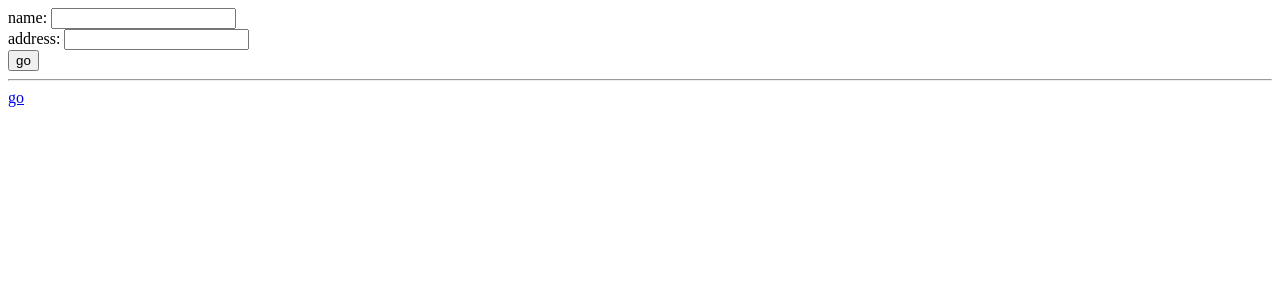
Repository: WonHwiAhn/JAVAClass
Page: 180130_GetParameterEx/WebContent/show.html
An editor plug-in stored every save of this project. The page is shown before and after the next save, followed by the edit.
The browser window is 1280 px wide. The pictures show the whole page.

Above is the page before, as saved 2018-01-30 05:27:45.

### 180130_GetParameterEx/WebContent/show.html
<!DOCTYPE html>
<html>
<head>
<meta charset="EUC-KR">
<title>Insert title here</title>
</head>
<body>
	<form action="test2" method="post">
		name: <input name="name">
		<br>
		address: <input name="address">
		<br>
		<input type="submit" value="go">
	</form>
	<hr>
	<a href="test2?name=하이&address=seoul">go</a>
</body>
</html>

After the next save:
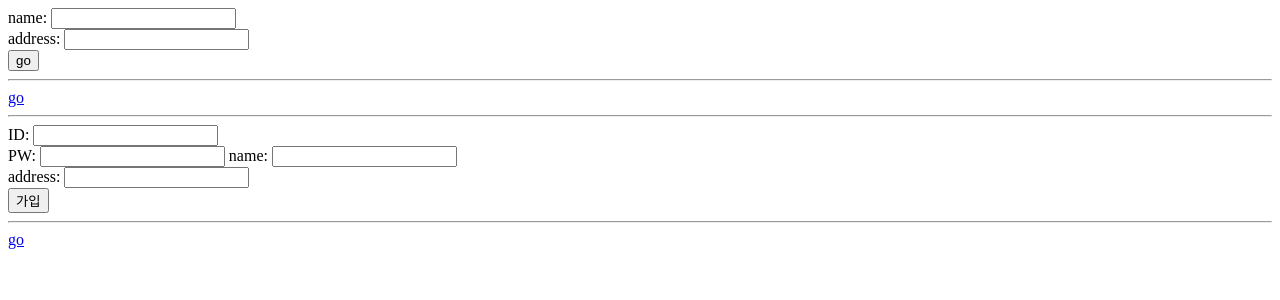
Saved 91 s later.
--- a/180130_GetParameterEx/WebContent/show.html
+++ b/180130_GetParameterEx/WebContent/show.html
@@ -14,5 +14,20 @@
 	</form>
 	<hr>
 	<a href="test2?name=하이&address=seoul">go</a>
+
+	<hr style="border:3">
+
+	<form action="test4" method="post">
+		ID: <input type="text" name="id">
+		<br>
+		PW: <input type="text" name="pw">
+		name: <input name="name">
+		<br>
+		address: <input name="address">
+		<br>
+		<input type="submit" value="가입">
+	</form>
+	<hr>
+	<a href="test2?name=하이&address=seoul">go</a>
 </body>
 </html>
